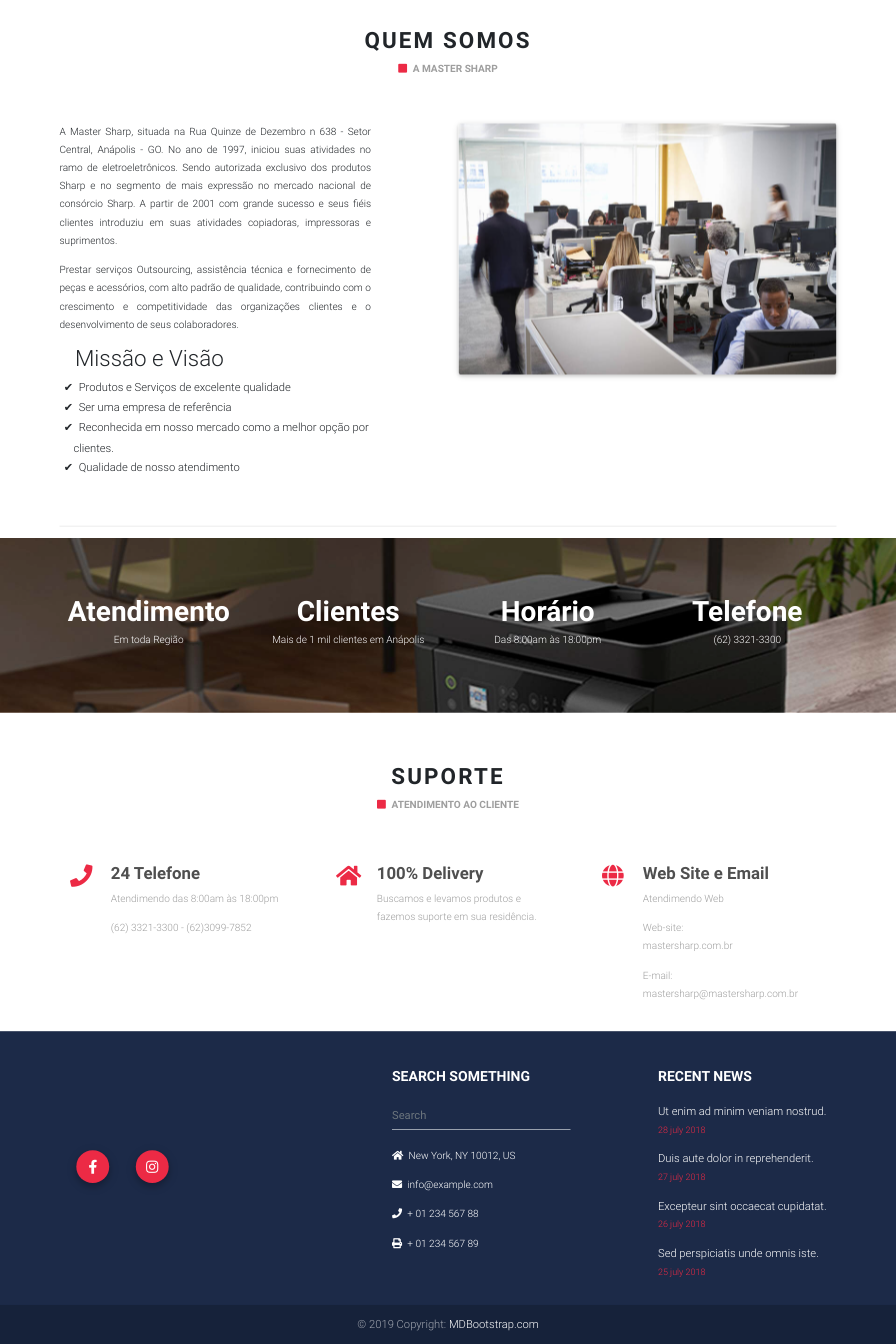
Repository: SalomaoMiguel/mastshap
Page: html/index.html
An editor plug-in stored every save of this project. The page is shown before and after a run of saves, followed by the edit.
The browser window is 1280 px wide. The pictures show the part of the page from y = 1373 to 3293 px (the page is 3293 px tall), at 70% of full size.
Some web libraries are served in a nearby version.

Above is the page before, as saved 2021-02-17 15:35:21.

### html/index.html
<!DOCTYPE html>
<html lang="pt-br">

<head>
  <meta charset="utf-8">
  <meta name="viewport" content="width=device-width, initial-scale=1, shrink-to-fit=no">
  <meta http-equiv="x-ua-compatible" content="ie=edge">
  <title>Master Sharp</title>
  <!-- Font Awesome -->
  <link rel="stylesheet" href="https://use.fontawesome.com/releases/v5.8.2/css/all.css">
  <!-- Bootstrap core CSS -->
  <link href="../css/bootstrap.min.css" rel="stylesheet">
  <!-- Material Design Bootstrap -->
  <link href="../css/mdb.min.css" rel="stylesheet">
  <style>
    html,
        body,
        header,
        .jarallax {
          height: 100%;
        }

        @media (min-width: 560px) and (max-width: 740px) {
          html,
          body,
          header,
          .jarallax {
            height: 500px;
          }
        }

        @media (min-width: 800px) and (max-width: 850px) {
            html,
            body,
            header,
            .jarallax {
              height: 600px;
            }
        }

        @media (min-width: 800px) and (max-width: 850px) {
            .navbar:not(.top-nav-collapse) {
                background: #24355c!important;
            }
            .navbar {
              box-shadow: 0 2px 5px 0 rgba(0,0,0,.16), 0 2px 10px 0 rgba(0,0,0,.12) !important;
            }
        }
    </style>
</head>

<body class="intro-page transport-lp">

  <!--Navigation & Intro-->
  <header>

    <!--Navbar-->
    <nav class="navbar fixed-top navbar-expand-lg navbar-dark scrolling-navbar" style="background-color: #f7f7f7!important;">
      <div class="container">
        <a class="navbar-brand" href="#"><img src="../imga/logo/logomastersharp.png" class="img-fluid  " alt="My photo"></a>
        <button class="navbar-toggler" type="button" data-toggle="collapse" data-target="#navbarSupportedContent"
          aria-controls="navbarSupportedContent" aria-expanded="false" aria-label="Toggle navigation">
          <span class="navbar-toggler-icon"></span>
        </button>
        <div class="collapse navbar-collapse " id="navbarSupportedContent">
          <!--Links-->
          <ul class="navbar-nav mr-auto ml-auto smooth-scroll ">
            <li class="nav-item">
              <a class="nav-link text-muted" href="#home">Início <span class="sr-only">(current)</span></a>
            </li>

            <li class="nav-item">
              <a class="nav-link text-muted" href="#about" data-offset="100">Quem Somos</a>
            </li>
            <li class="nav-item">
              <a class="nav-link text-muted" href="#services" data-offset="30">Soluções</a>
            </li>
            <li class="nav-item">
              <a class="nav-link text-muted" href="#features" data-offset="100">Parceiros</a>
            </li>
            <li class="nav-item">
              <a class="nav-link text-muted" href="#suport" data-offset="100">Suporte</a>
            </li>
            <li class="nav-item">
              <a class="nav-link text-muted" href="#contact" data-offset="30">Contato</a>
            </li>
          </ul>

          <!--Social Icons-->
          <ul class="navbar-nav nav-flex-icons">
            <li class="nav-item">
              <a class="nav-link" href="https://api.whatsapp.com/send?phone=5562991729598&#038;text=Gostaria de informações sobre a Master Sharp" target="_blank" rel="noopener noreferrer"><i class="fab fa-whatsapp text-success"> (62) 99172-9598</i></a>
            </li>
            <li class="nav-item">
              <a class="nav-link" href="https://api.whatsapp.com/send?phone=5562993291564&#038;text=Gostaria de informações sobre a Master Sharp" target="_blank" rel="noopener noreferrer" ><i class="fab fa-whatsapp text-success"> (62) 99329-1564</i></a>
            </li>
          </ul>
        </div>
      </div>
    </nav>
    <!--/Navbar-->

    <!-- Intro Section -->
    <div id="home" class="view jarallax" data-jarallax='{"speed": 0.2}' style="background-image: url('../imga/back/impressorapeople.png'); background-repeat: no-repeat; background-size: cover; background-position: center center;">
      <div class="mask rgba-black-light">
        <div class="container h-100 d-flex justify-content-center align-items-center">
          <div class="row smooth-scroll">
            <div class="col-md-12 white-text text-center">
              <div class="wow fadeInDown" data-wow-delay="0.2s">
                <h1 class="display-4 text-uppercase rgba-black-light px-3 py-2"><strong class="font-weight-bold">Master Sharp sempre inovando.</strong></h1>
                <h5 class="white-text mt-5"></h5>
                <h2 class="white-text text-uppercase h2-responsive font-weight-bold mb-5 mt-4"> Oferecendo assim a melhor solução para redução de custos.</h2>
                <a href="https://api.whatsapp.com/send?phone=5562993291564&#038;text=Gostaria de informações sobre a Master Sharp" target="_blank" rel="noopener noreferrer" data-offset="100" class="btn btn-success btn-rounded"><i class="fab fa-whatsapp text-white" style="font-size: 18px;"> <span class="text-white"> </span></i> &nbsp; Fale conosco</a>
              </div>
            </div>
          </div>
        </div>
      </div>
    </div>

  </header>
  <!--/Navigation & Intro-->

  <!--Main content-->
  <main>

    <!--First container-->
    <div class="container-fluid background-z">
      <div class="container">

        <!--Section: Possibilities-->
        <section class="py-4">

          <!--Secion heading-->
          <h2 id="services" class="text-center text-uppercase font-weight-bold mt-5 pt-4 spacing wow fadeIn" data-wow-delay="0.2s"><strong>Soluções</strong></h2>

          <!--Section description-->
          <p class="text-center text-uppercase font-weight-bold grey-text mb-5 pb-3 wow fadeIn" data-wow-delay="0.2s"><i
              class="fas fa-square red-text-2 mr-2" aria-hidden="true"></i> Nossos Serviços</p>

          <!--First row-->
          <div class="row mb-5 wow fadeIn" data-wow-delay="0.4s">

            <div class="col-lg-3 col-md-6 text-center pt-1">
              <div class="icon-area">
                <div class="circle-icon">
                  <i class="fas fa-print"></i>
                </div>
                <br>
                <strong>Locação de Impressoras</strong>
                <p>Soluções Corporativas em impressão e cópias..</p>
              </div>
            </div>

            <div class="col-lg-3 col-md-6 text-center pt-1">
              <div class="icon-area">
                <div class="circle-icon">
                  <i class="fas fa-print"></i>
                </div>
                <br>
                <strong>Manutenção de Impressoras</strong>
                <p>Equipe de Assistência Técnica altamente qualificada, jovem mas competente e com vasta experiência no seu segmento de atuação.</p>
              </div>
            </div>

            <div class="col-lg-3 col-md-6 text-center pt-1">
              <div class="icon-area">
                <div class="circle-icon">
                  <i class="fas fa-print"></i>
                </div>
                <br>
                <strong>Toners e Recargas</strong>
                <p>Somos especializados em recarga de toners. Oferecemos a sua empresa um serviço de qualidade por um preço acessível.</p>
              </div>
            </div>

            <div class="col-lg-3 col-md-6 text-center pt-1">
              <div class="icon-area">
                <div class="circle-icon">
                  <i class="fas fa-print"></i>
                </div>
                <br>
                <strong>Vendas de Impressoras</strong>
                <p>Sharp, Brother, Samsung, Ricoh, HP, Epson e muito mais. Impressoras de varios modelos.</p>
              </div>
            </div>

          </div>
          <!--/First row-->

        </section>
        <!--/Section: Possibilities-->

      </div>
    </div>
    <!--/First container-->

    <!--Second container-->
    <div class="container">

      <!--Section: About-->
      <section id="about" class="about my-5">

        <!--Secion heading-->
        <h2 class="text-center text-uppercase font-weight-bold mt-5 pt-4 pt-4 spacing wow fadeIn" data-wow-delay="0.2s"><strong>Quem Somos</strong></h2>

        <!--Section description-->
        <p class="text-center text-uppercase font-weight-bold grey-text mb-5 pb-3 wow fadeIn" data-wow-delay="0.2s"><i
            class="fas fa-square red-text-2 mr-2" aria-hidden="true"></i>A Master Sharp</p>

        <!--First row-->
        <div class="row">

          <!--First column column-->
          <div class="col-xl-5 col-lg-6 pb-1 wow fadeIn" data-wow-delay="0.4s">

            <!--Description-->
            <p align="justify">A Master Sharp, situada na Rua Quinze de Dezembro n 638 - Setor Central, Anápolis - GO. No ano de 1997, iniciou suas atividades no ramo de eletroeletrônicos. Sendo autorizada exclusivo dos produtos Sharp e no segmento de mais expressão no mercado nacional de consórcio Sharp. A partir de 2001 com grande sucesso e seus fiéis clientes introduziu em suas atividades copiadoras, impressoras e suprimentos.
            </p>

            <p align="justify">Prestar serviços Outsourcing, assistência técnica e fornecimento de peças e acessórios, com alto padrão de qualidade, contribuindo com o crescimento e competitividade das organizações clientes e o desenvolvimento de seus colaboradores.</p>

            <ul>
              <h2> Missão e Visão</h2>
              <li>Produtos e Serviços de excelente qualidade</li>
              <li>Ser uma empresa de referência</li>
              <li>Reconhecida em nosso mercado como a melhor opção por clientes.</li>
              <li>Qualidade de nosso atendimento</li>
            </ul>

          </div>
          <!--/First column-->

          <!--Column column-->
          <div class="col-xl-6 ml-lg-auto col-lg-6 mb-5 wow fadeIn" data-wow-delay="0.4s">

            <!--Image-->
            <img src="../imga/back/officess.jpg" class="img-fluid rounded z-depth-1"
              alt="My photo">

          </div>
          <!--/Column column-->

        </div>
        <!--/First row-->

      </section>
      <!--/Section: About-->

      <hr>

      <!--Section: Services-->

      <!--/Section: Services-->

    </div>
    <!--/Second container-->

    <!--Streak-->
    <div class="streak streak-photo" style="background-image:url('../imga/back/epson.jpg')">
      <div class="mask flex-center rgba-black-light">
        <div class="container">

          <!--First row -->
          <div class="row text-white text-center wow fadeIn" data-wow-delay="0.2s">

            <!--First column -->
            <div class="col-md-3 mb-2">
              <h1 class="white-text mb-1 font-weight-bold"><strong>Atendimento</strong></h1>
              <p>Em toda Região</p>
            </div>
            <!-- First column -->

            <!--Second column -->
            <div class="col-md-3 mb-2">
              <h1 class="white-text mb-1 font-weight-bold"><strong>Clientes</strong></h1>
              <p>Mais de 1 mil clientes em Anápolis</p>
            </div>
            <!-- Second column -->

            <!--Third column -->
            <div class="col-md-3 mb-2">
              <h1 class="white-text mb-1 font-weight-bold"><strong>Horário</strong></h1>
              <p>Das 8:00am às 18:00pm</p>
            </div>
            <!-- Third column -->

            <!--Fourth column -->
            <div class="col-md-3">
              <h1 class="white-text mb-1 font-weight-bold"><strong>Telefone</strong></h1>
              <p>(62) 3321-3300</p>
            </div>
            <!-- Fourth column -->

          </div>
          <!-- First row -->
        </div>
      </div>
    </div>
    <!--/Streak-->

    <!--Third container-->
    <div class="container">

      <!--Section: Features v.4-->
      <section id="suport" class="feature-box">

        <!--Secion heading-->
        <h2 class="text-center text-uppercase font-weight-bold mt-5 pt-4 spacing wow fadeIn" data-wow-delay="0.2s"><strong>Suporte</strong></h2>

        <!--Section description-->
        <p class="text-center text-uppercase font-weight-bold grey-text mb-5 wow fadeIn" data-wow-delay="0.2s"><i class="fas fa-square red-text-2 mr-2"
            aria-hidden="true"></i>Atendimento ao cliente</p>

        <!--Grid row-->
        <div class="row features-small pt-4">

          <!--Grid column-->
          <div class="col-md-4 mb-4">
            <div class="col-1 col-md-2 float-left">
              <i class="fas fa-phone red-text-2 fa-2x"></i>
            </div>
            <div class="col-10 col-md-9 col-lg-10 float-right">
              <h4 class="font-weight-bold dark-grey-text">24 Telefone </h4>
              <p class="grey-text"> Atendimendo das 8:00am às 18:00pm</p>
              <p class="grey-text"> (62) 3321-3300 - (62)3099-7852</p>
            </div>
          </div>
          <!--Grid column-->

          <!--Grid column-->
          <div class="col-md-4 mb-4">
            <div class="col-1 col-md-2 float-left">
              <i class="fas fa-home red-text-2 fa-2x"></i>
            </div>
            <div class="col-10 col-md-9 col-lg-10 float-right">
              <h4 class="font-weight-bold dark-grey-text">100% Delivery</h4>
              <p class="grey-text"> Buscamos e levamos produtos e fazemos suporte em sua residência.</p>
            </div>
          </div>
          <!--Grid column-->

          <!--Grid column-->
          <div class="col-md-4 mb-4">
            <div class="col-1 col-md-2 float-left">
              <i class="fas fa-globe red-text-2 fa-2x"></i>
            </div>
            <div class="col-10 col-md-9 col-lg-10 float-right">
              <h4 class="font-weight-bold dark-grey-text">Web Site e  Email</h4>
              <p class="grey-text">Atendimendo Web</p>
              <p class="grey-text">Web-site:&emsp;&emsp;&emsp;&emsp;&emsp;&emsp;mastersharp.com.br</p>
              <p class="grey-text">E-mail: mastersharp@mastersharp.com.br</p>
            </div>
          </div>
          <!--Grid column-->

        </div>
        <!--Grid row-->

      </section>
      <!--/Section: Features v.4-->

    </div>
    <!--/Third container-->

    <!--Fourth container-->

    <!--/Fourth container-->

    <!--Fifth container-->

    <!--/Fifth container-->

  </main>
  <!--/Main content-->

  <!--Footer-->
  <footer class="page-footer mdb-color darken-3 text-center text-md-left pt-5">

    <!--Footer Links-->
    <div class="container mb-3">

      <!--First row-->
      <div class="row">

        <!--First column-->
        <div id="contact" class="col-md-4 mt-1 mb-1 wow fadeIn" data-wow-delay="0.3s" >
          <!--About-->
          <h5 class="title mb-4 font-weight-bold"></h5>

          <p>&emsp;</p>

          <p>&emsp;</p>
          <!--/About -->

          <div class="footer-socials mt-2 mr-md-auto ml-md-auto" >
            <!--Facebook-->
            <a    href="https://www.facebook.com/mastersharp.aps/"  type="button" class="btn-floating  ml-4 btn-danger-2"><i class="fab fa-facebook-f"></i></a>
            <!--Dribbble-->
            <a  href="https://www.instagram.com/master.sharp/" type="button" class="btn-floating ml-4 mr-4 btn-danger-2"><i class="fab fa-instagram"></i></a>
          </div>
        </div>
        <!--/First column-->

        <hr class="w-100 clearfix d-md-none">

        <!--Second column-->
        <div class="col-lg-3 ml-lg-auto col-md-4 mt-1 mb-1 wow fadeIn" data-wow-delay="0.3s">
          <!--Search-->
          <h5 class="text-uppercase mb-4 font-weight-bold">Search something</h5>

          <ul class="footer-search list-unstyled">
            <li>
              <form class="search-form" role="search">
                <div class="md-form">
                  <input type="text" class="form-control" placeholder="Search">
                </div>
              </form>
            </li>
          </ul>

          <!--Info-->
          <p><i class="fas fa-home pr-1"></i> New York, NY 10012, US</p>
          <p><i class="fas fa-envelope pr-1"></i> info@example.com</p>
          <p><i class="fas fa-phone pr-1"></i> + 01 234 567 88</p>
          <p><i class="fas fa-print pr-1"></i> + 01 234 567 89</p>

        </div>
        <!--/Second column-->

        <hr class="w-100 clearfix d-md-none">

        <!--Third column-->
        <div class="col-lg-3 ml-lg-auto col-md-4 mt-1 mb-1 wow fadeIn" data-wow-delay="0.3s">
          <!--Contact-->
          <h5 class="text-uppercase mb-4 font-weight-bold">Recent news</h5>

          <ul class="footer-posts list-unstyled">
            <li><a>Ut enim ad minim veniam nostrud.</a><span>
                <p class="red-text-2 font-small">28 july 2018</p>
              </span></li>
            <li><a>Duis aute dolor in reprehenderit.</a><span>
                <p class="red-text-2 font-small">27 july 2018</p>
              </span></li>
            <li><a>Excepteur sint occaecat cupidatat.</a><span>
                <p class="red-text-2 font-small">26 july 2018</p>
              </span></li>
            <li><a>Sed perspiciatis unde omnis iste.</a><span>
                <p class="red-text-2 font-small">25 july 2018</p>
              </span></li>
          </ul>

        </div>
        <!--/Third column-->

      </div>
      <!--/First row-->

    </div>
    <!--/Footer Links-->

    <!--Copyright-->
    <div class="footer-copyright py-3 text-center">
      <div class="container-fluid">
        © 2019 Copyright: <a href="https://mdbootstrap.com/education/bootstrap/" target="_blank"> MDBootstrap.com </a>
      </div>
    </div>
    <!--/Copyright-->

  </footer>
  <!--/Footer-->


  <!-- SCRIPTS -->

  <!-- JQuery -->
  <script type="text/javascript" src="../js/jquery-3.4.1.min.js"></script>

  <!-- Bootstrap tooltips -->
  <script type="text/javascript" src="../js/popper.min.js"></script>

  <!-- Bootstrap core JavaScript -->
  <script type="text/javascript" src="../js/bootstrap.min.js"></script>

  <!-- MDB core JavaScript -->
  <script type="text/javascript" src="../js/mdb.min.js"></script>

  <script>
    //Animation init
    new WOW().init();

  </script>

</body>

</html>

Loaded but not shown: css/bootstrap.min.css (library); css/mdb.min.css (library); js/jquery-3.4.1.min.js (library); js/popper.min.js (library); js/bootstrap.min.js (library); js/mdb.min.js (library)

After the next 3 saves:
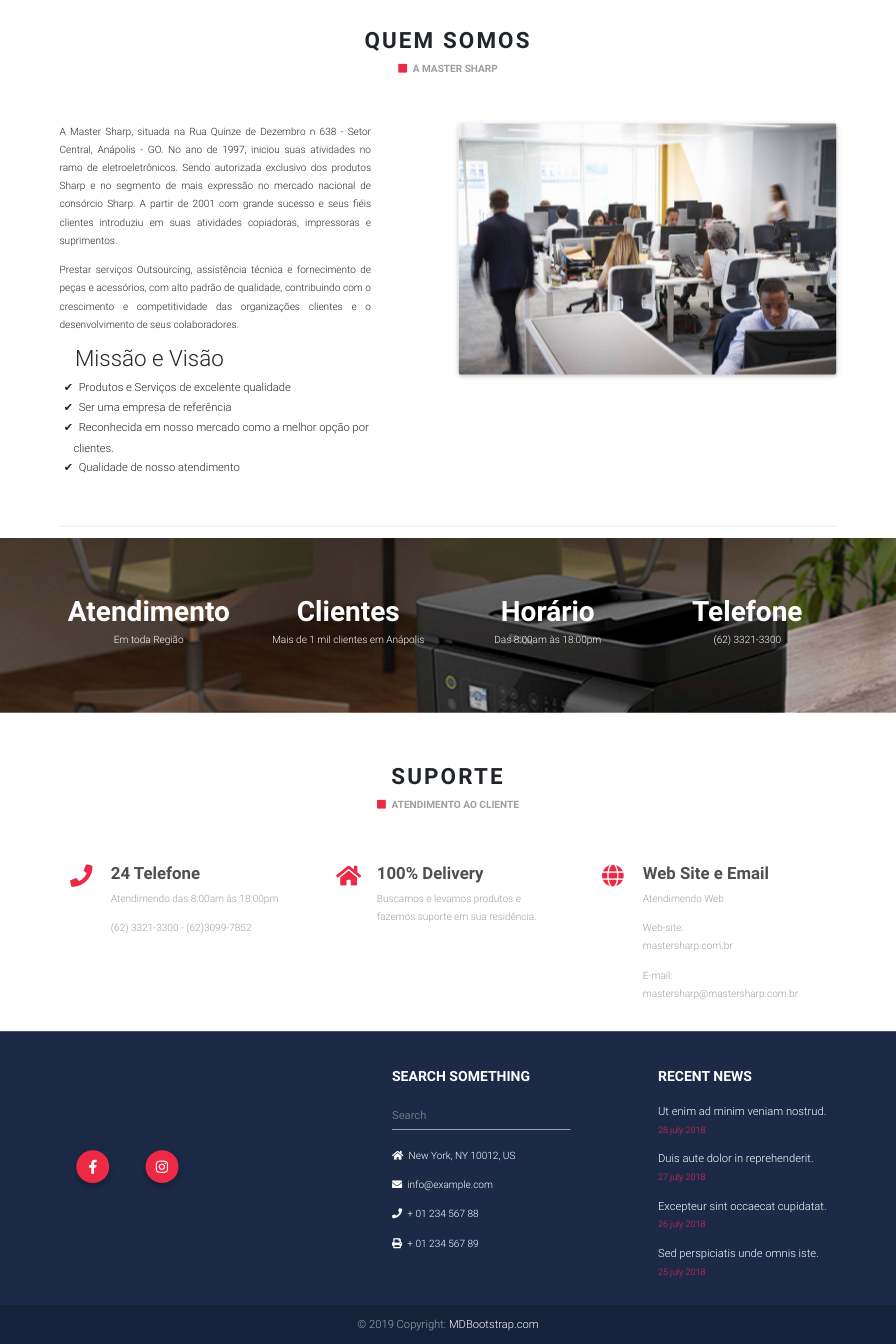
The 3 saves are shown as one change because they came seconds apart.
The last was saved 8 s later.
--- a/html/index.html
+++ b/html/index.html
@@ -395,7 +395,7 @@
 
           <div class="footer-socials mt-2 mr-md-auto ml-md-auto" >
             <!--Facebook-->
-            <a    href="https://www.facebook.com/mastersharp.aps/"  type="button" class="btn-floating  ml-4 btn-danger-2"><i class="fab fa-facebook-f"></i></a>
+            <a    href="https://www.facebook.com/mastersharp.aps/"  type="button" class="btn-floating  ml-4  mr-4 btn-danger-2"><i class="fab fa-facebook-f"></i></a>
             <!--Dribbble-->
             <a  href="https://www.instagram.com/master.sharp/" type="button" class="btn-floating ml-4 mr-4 btn-danger-2"><i class="fab fa-instagram"></i></a>
           </div>
